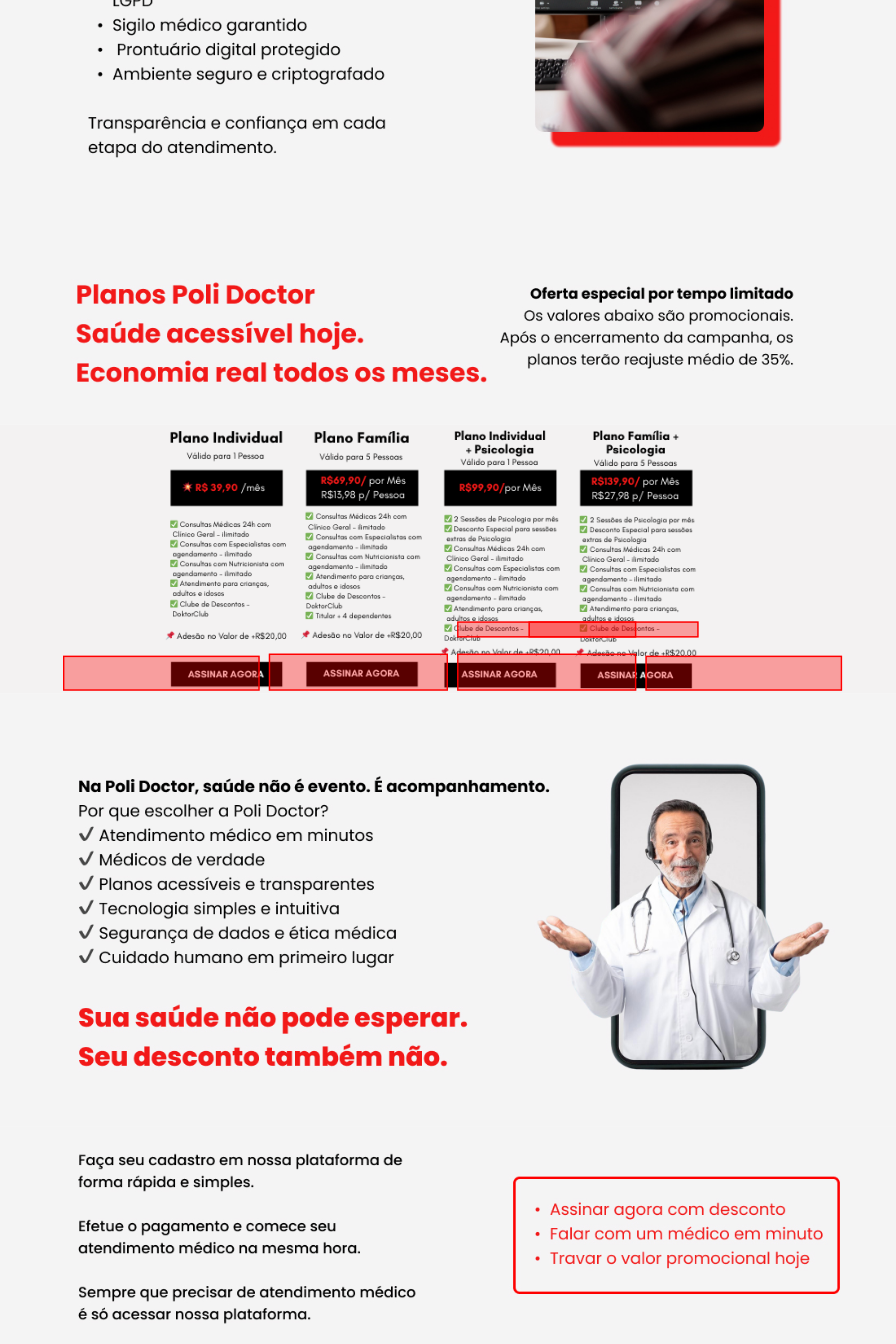
Repository: RenSkywalker/poli-doctor-landing
Page: index.html
These files come from the project's save history. The page is drawn as it stood at one moment and after the next save; the edit follows.
The browser window is 1280 px wide. The pictures show the part of the page from y = 2424 to 4344 px (the page is 4773 px tall), at 70% of full size.

Above is the page before, as saved 2026-02-13 23:36:46.

After the next save:
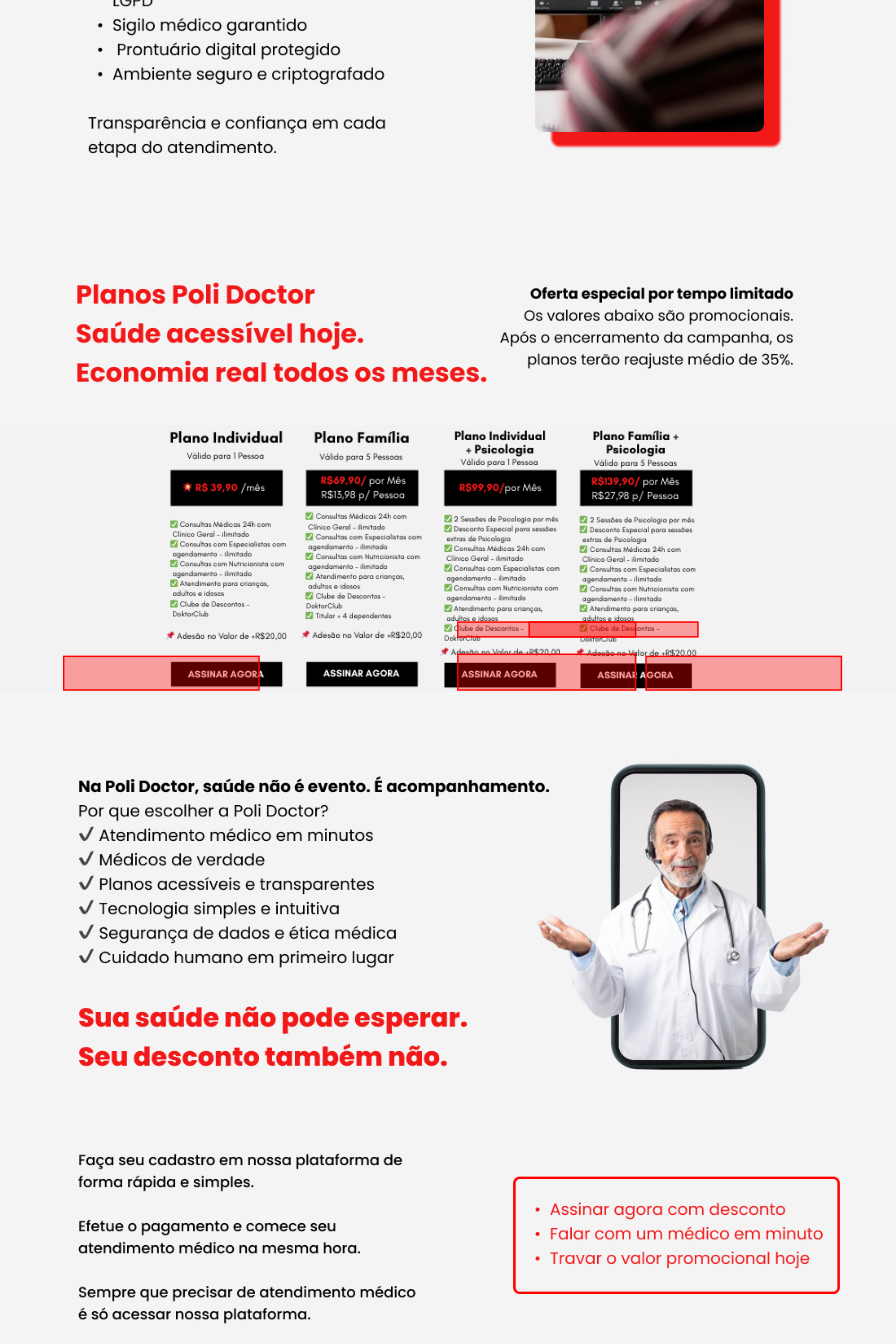
Saved 12 s later.
--- a/index.html
+++ b/index.html
@@ -209,10 +209,6 @@
     <a href="https://wa.me/5511949785121?text=Ol%C3%A1%2C%20equipe%20da%20Poli%20Doctor.%0A%0ATenho%20interesse%20em%20contratar%20o%20plano%20individual%20com%20atendimento%20em%20psicologia%20e%20gostaria%20de%20receber%20mais%20informa%C3%A7%C3%B5es%20sobre%20valores%2C%20quantidade%20de%20sess%C3%B5es%20inclu%C3%ADdas%2C%20como%20funcionam%20os%20agendamentos%20e%20o%20prazo%20de%20ativa%C3%A7%C3%A3o.%0A%0ATamb%C3%A9m%20gostaria%20de%20confirmar%20se%20o%20plano%20contempla%20consultas%20m%C3%A9dicas%2C%20receitas%2C%20atestados%20e%20demais%20benef%C3%ADcios%20digitais.%0A%0APoderiam%20me%20orientar%20sobre%20as%20op%C3%A7%C3%B5es%20dispon%C3%ADveis%20e%20os%20pr%C3%B3ximos%20passos%20para%20contrata%C3%A7%C3%A3o%3F%0A%0AFico%20no%20aguardo.%20Obrigado%21"
 target="_blank"
 class="plano-link plano-5">
-</a>
-    <a href="https://wa.me/5511949785121?text=Ol%C3%A1%2C%20equipe%20da%20Poli%20Doctor.%0A%0ATenho%20interesse%20em%20contratar%20o%20plano%20Premium%20e%20gostaria%20de%20receber%20informa%C3%A7%C3%B5es%20detalhadas%20sobre%3A%0A%0A%E2%80%93%20Benef%C3%ADcios%20e%20diferenciais%20do%20plano%0A%E2%80%93%20Cobertura%20m%C3%A9dica%20e%20especialidades%20inclu%C3%ADdas%0A%E2%80%93%20Atendimento%20psicol%C3%B3gico%20%28se%20incluso%29%0A%E2%80%93%20Valores%20e%20condi%C3%A7%C3%B5es%20de%20pagamento%0A%E2%80%93%20Prazo%20de%20ativa%C3%A7%C3%A3o%0A%0APoderiam%20me%20orientar%20sobre%20as%20op%C3%A7%C3%B5es%20dispon%C3%ADveis%20e%20os%20pr%C3%B3ximos%20passos%20para%20contrata%C3%A7%C3%A3o%3F%0A%0AFico%20no%20aguardo.%20Obrigado%21"
-target="_blank"
-class="plano-link plano-6">
 </a>
     <a href="https://wa.me/5511949785121?text=Ol%C3%A1%2C%20equipe%20da%20Poli%20Doctor.%0A%0ATenho%20interesse%20em%20contratar%20o%20plano%20fam%C3%ADlia%20de%20telemedicina%20e%20gostaria%20de%20entender%20melhor%20como%20funciona%20a%20cobertura%20para%20dependentes%2C%20valores%2C%20benef%C3%ADcios%20inclu%C3%ADdos%20%28consultas%2C%20receitas%2C%20atestados%20e%20encaminhamentos%29%20e%20prazo%20de%20ativa%C3%A7%C3%A3o.%0A%0APoderiam%20me%20orientar%20sobre%20as%20op%C3%A7%C3%B5es%20dispon%C3%ADveis%20e%20os%20pr%C3%B3ximos%20passos%20para%20contrata%C3%A7%C3%A3o%3F%0A%0AFico%20no%20aguardo.%20Obrigado%21"
 target="_blank"
